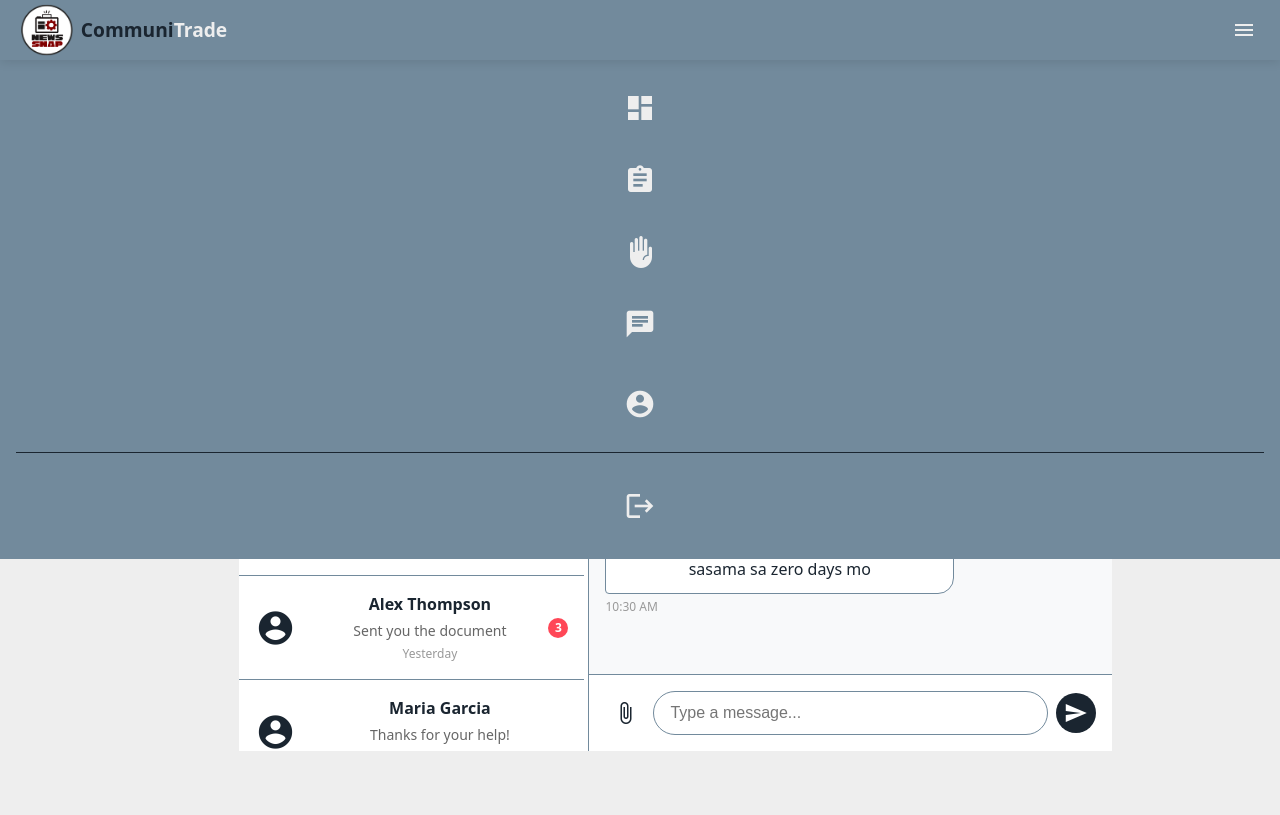
Repository: wholaanmo/news-snap
Page: /message
The author's editor kept a copy of each file at every save. The page is drawn from the files as they stood at one save, then again after the next save.
The browser window is 1280 px wide. The pictures show the whole page.
The project was rebuilt for these pictures with package versions that can differ from the ones it lists, and the page was loaded fresh each time. Also part of the build but not shown: src/components/AdminNavbar.vue, src/components/AdminSidebar.vue, src/layouts/AdminLayout.vue.

Above is the page before, as saved 2025-10-15 19:57:54.

After the next save:
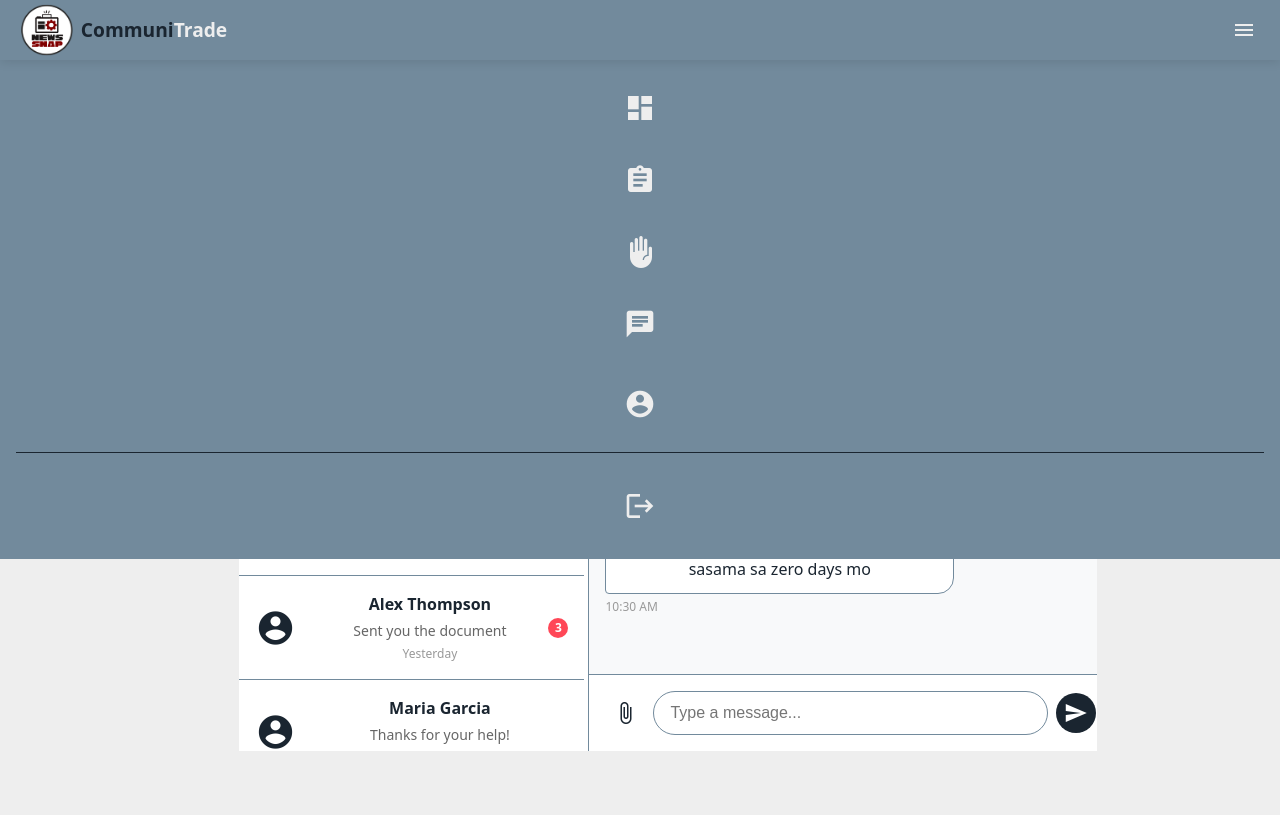
Saved 96 s later.
--- a/src/views/message.vue
+++ b/src/views/message.vue
@@ -338,6 +338,7 @@ onMounted(() => {
   height: calc(100vh - 60px);
   margin-top: -3px;
   background-color: var(--light);
+  overflow: hidden; /* Prevent scrolling for the whole message page */
 }
 
 /* Conversation Sidebar Styles */
